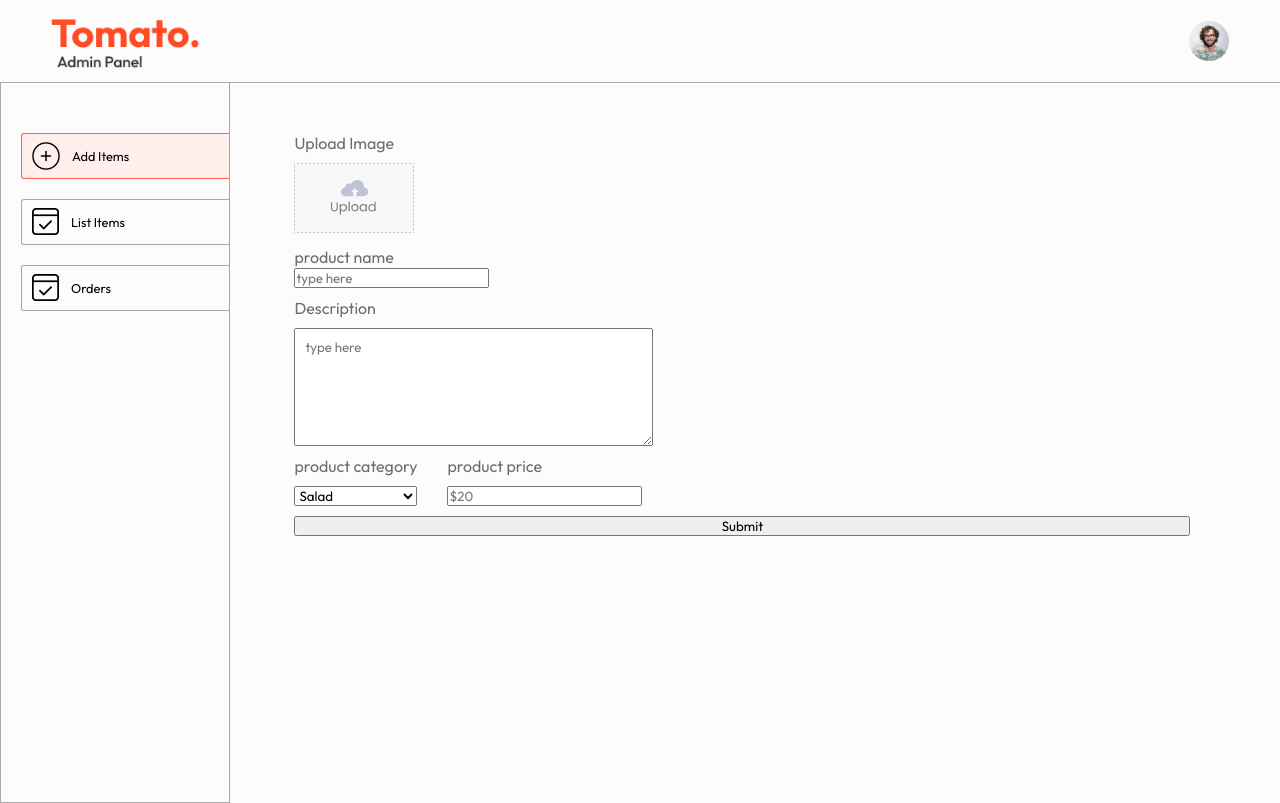
Repository: sodmaq/food-delivery
Page: /add (app in admin/)
An editor plug-in stored every save of this project. The page is shown before and after the next save, followed by the edit.
The browser window is 1280 px wide. The pictures show the whole page.
The project was rebuilt for these pictures with package versions that can differ from the ones it lists, and the page was loaded fresh each time. Also part of the build but not shown: admin/vite.config.js, admin/src/pages/orders/Orders.jsx. Imported but missing from the stored project, and not drawn on this page: admin/src/pages/list/List.

Above is the page before, as saved 2024-10-04 22:58:22.

After the next save:
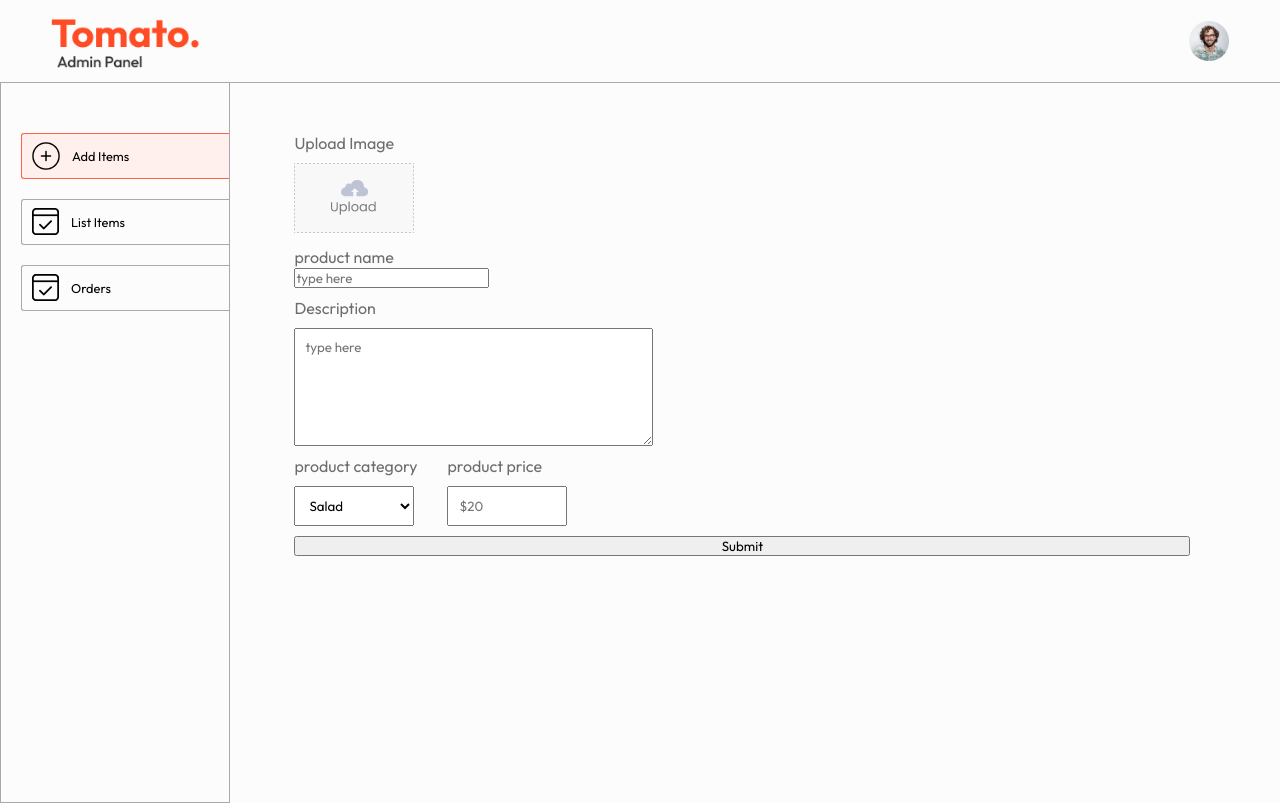
Saved 64 s later.
--- a/admin/src/pages/add/Add.css
+++ b/admin/src/pages/add/Add.css
@@ -27,3 +27,9 @@
   display: flex;
   gap: 30px;
 }
+
+.add-category-price select,
+.add-category-price input {
+  padding: 10px;
+  max-width: 120px;
+}
